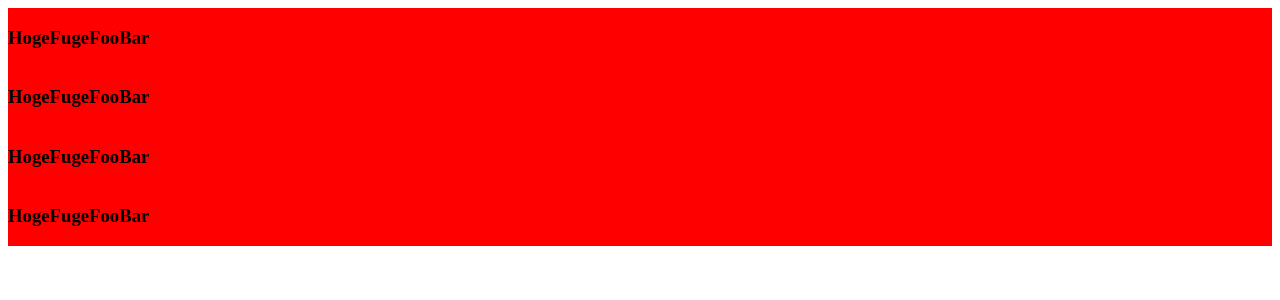
Repository: yoshi1924/samurai_HTML-CSS
Page: test.html
The author's editor kept a record of every edit. The page is drawn from the files as they stood at one moment, then again after the next edit.
The browser window is 1280 px wide. The pictures show the whole page.

Above is the page before.

### test.html
<!DOCTYPE html>
<html lang="ja">
<head>
    <style>
    #sort {
        display: flex;
        flex-direction: row;
        background-color: red;
    }

    #reverse {
        display: flex;
        flex-direction: row-reverse;
        background-color: yellow;
    }

    #column {
        display: flex;
        flex-direction: column;
        background-color: blue;
    }

    #column-reverse {
        display: flex;
        flex-direction: column-reverse;
        background-color: green;
    }
    </style>
</head>
<body>
    <div id="sort">
        <h3>Hoge</h3>
        <h3>Fuge</h3>
        <h3>Foo</h3>
        <h3>Bar</h3>
    </div>
    <div id="sort">
        <h3>Hoge</h3>
        <h3>Fuge</h3>
        <h3>Foo</h3>
        <h3>Bar</h3>
    </div>
    <div id="sort">
        <h3>Hoge</h3>
        <h3>Fuge</h3>
        <h3>Foo</h3>
        <h3>Bar</h3>
    </div>
    <div id="sort">
        <h3>Hoge</h3>
        <h3>Fuge</h3>
        <h3>Foo</h3>
        <h3>Bar</h3>
    </div>

</body>
</html>

After the next edit:
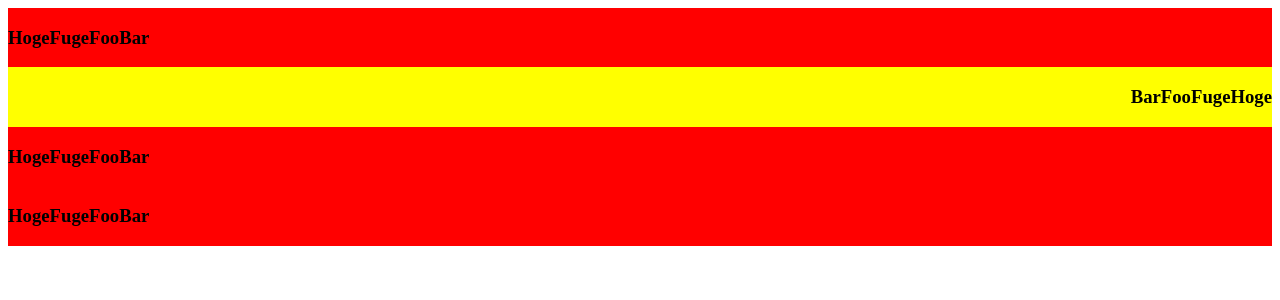
The edit:
--- a/test.html
+++ b/test.html
@@ -34,7 +34,7 @@
         <h3>Foo</h3>
         <h3>Bar</h3>
     </div>
-    <div id="sort">
+    <div id="reverse">
         <h3>Hoge</h3>
         <h3>Fuge</h3>
         <h3>Foo</h3>
